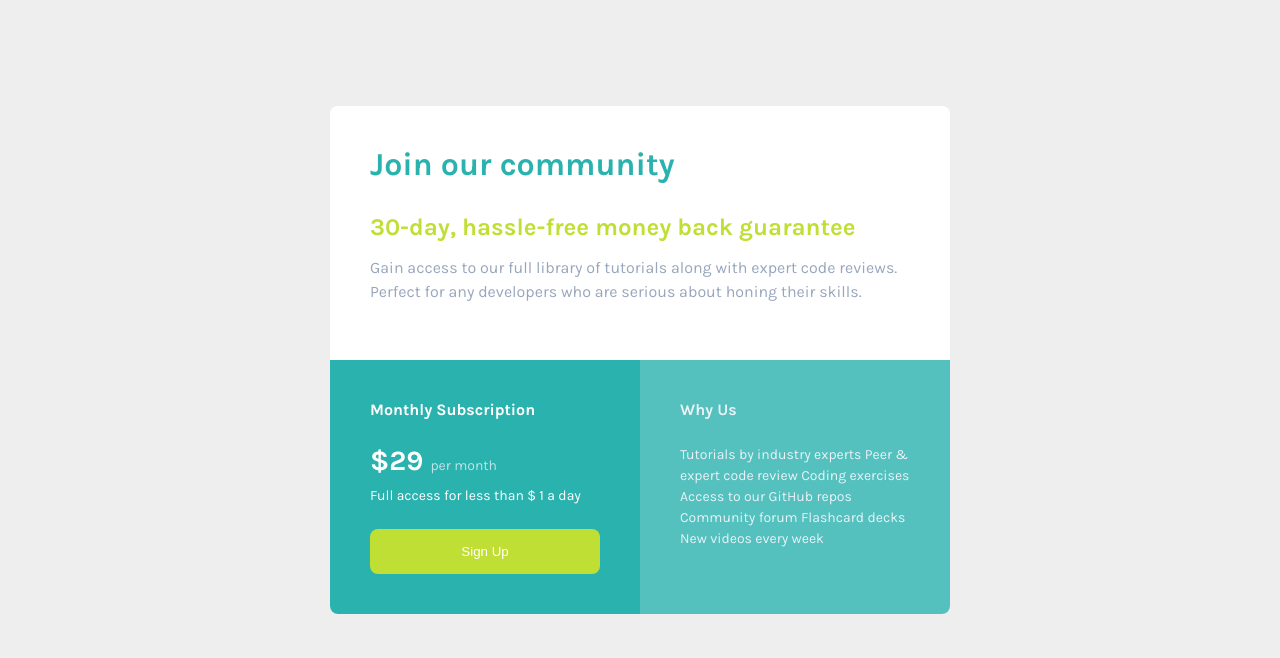
Repository: Akashiii1/WebSingleGrid_Day3
Page: index.html
These files come from the project's save history. The page is drawn as it stood at one moment and after the next save; the edit follows.
The browser window is 1280 px wide. The pictures show the whole page.

Above is the page before, as saved 2021-12-22 02:06:46.

After the next save:
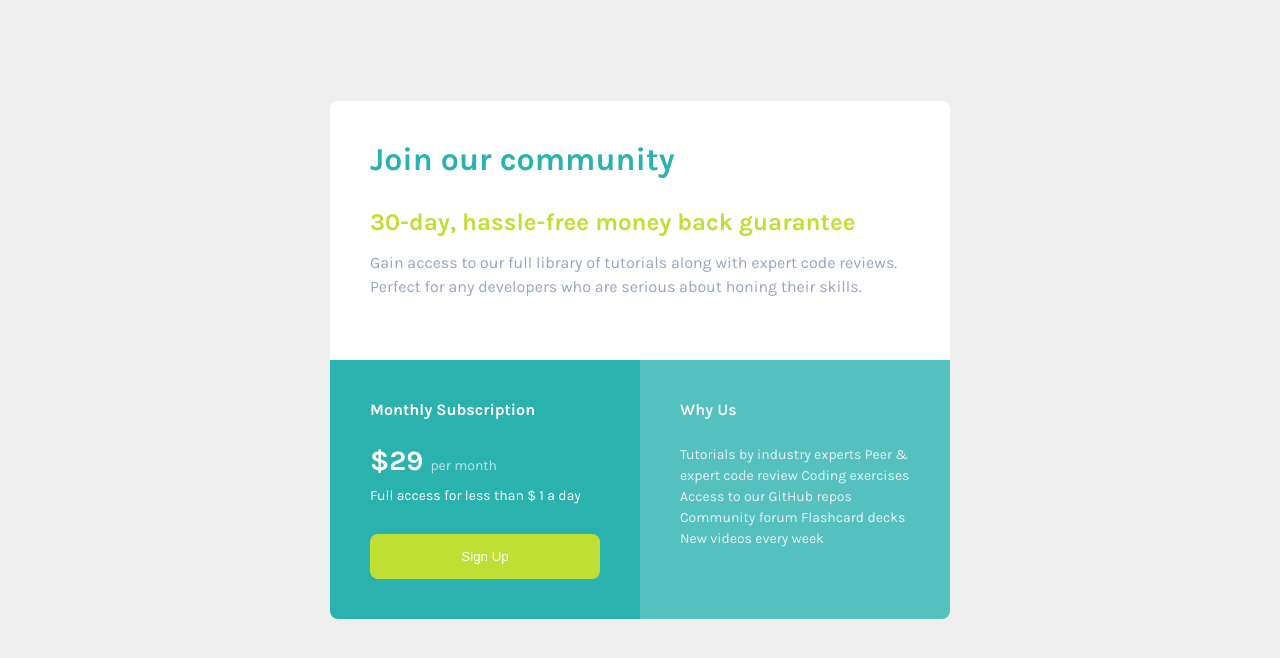
Saved 5 s later.
--- a/style.css
+++ b/style.css
@@ -108,7 +108,7 @@ body{
 .item2 p{
 
   font-size: 14px;
-  margin: 10px 0 25px;
+  margin: 10px 0 30px;
 }
 .item3{
   background-color: var(--Cyan);
